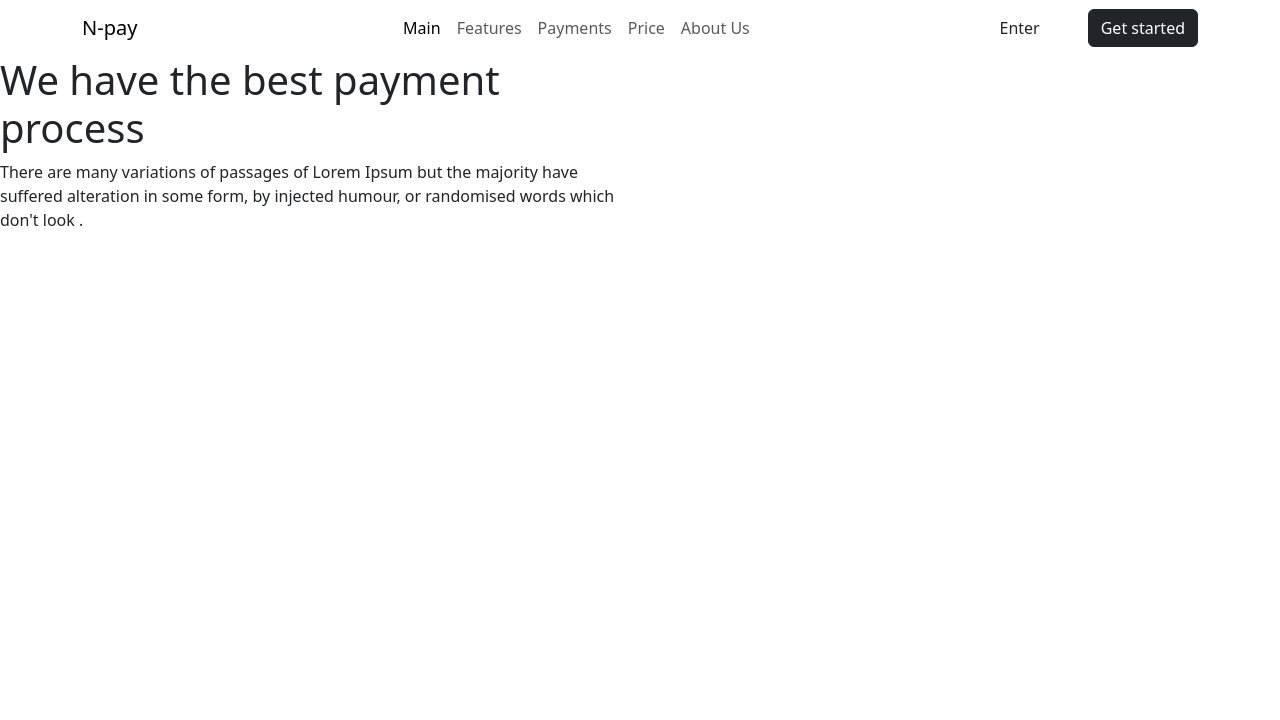
Repository: Senianga/N-pay
Page: index.html
The author's editor kept a copy of each file at every save. The page is drawn from the files as they stood at one save, then again after a run of saves.
The browser window is 1280 px wide. The pictures show the whole page.
The style sheet was rebuilt from its Sass, Less or Tailwind sources for each picture, by a compiler version that may differ from the author's.

Above is the page before, as saved 2023-05-01 14:44:05.

### index.html
<!doctype html>
<html lang="en">
  <head>
    <meta charset="utf-8">
    <meta name="viewport" content="width=device-width, initial-scale=1">
    <title>N-pay</title>
    <link rel="stylesheet" href="css/normalize.css">
    <link href="https://cdn.jsdelivr.net/npm/bootstrap@5.3.0-alpha3/dist/css/bootstrap.min.css" rel="stylesheet" integrity="sha384-KK94CHFLLe+nY2dmCWGMq91rCGa5gtU4mk92HdvYe+M/SXH301p5ILy+dN9+nJOZ" crossorigin="anonymous">
    <link rel="stylesheet" href="css/style.css">
  </head>
  <body>
    <header>
        <nav class="navbar navbar-expand-lg ">
            <div class="container">
              <a class="navbar-brand" href="#">N-pay</a>
              <button class="navbar-toggler" type="button" data-bs-toggle="collapse" data-bs-target="#navbarSupportedContent" aria-controls="navbarSupportedContent" aria-expanded="false" aria-label="Переключатель навигации">
                <span class="navbar-toggler-icon"></span>
              </button>
              <div class="collapse navbar-collapse" id="navbarSupportedContent">
                <ul class="navbar-nav ms-auto mb-2 mb-lg-0">
                  <li class="nav-item">
                      <a class="nav-link active" aria-current="page" href="#">Main</a>
                  </li>
                  <li class="nav-item">
                    <a class="nav-link"  href="#">Features</a>
                  </li>
                  <li class="nav-item">
                    <a class="nav-link" href="#">Payments</a>
                  </li>
                  <li class="nav-item dropdown">
                    <a class="nav-link" href="#" role="button" data-bs-toggle="dropdown" aria-expanded="false">
                      Price
                    </a>

                  </li>                 <li class="nav-item">
                    <a class="nav-link">About Us</a>
                  </li>
                </ul>
                <div class="bavbar-nav d-flex align-items-lg-center ms-auto mb-2 mb-lg-0">
                    <a class="nav-link me-5" href="#">Enter</a>
                    <button class="btn btn-dark ms-auto" type="submit">Get started</button>
                </div>
              </div>
            </div>
          </nav>
    </header>
    <main>
        <container-main class="bg-body-tertiary">
            <row>
                <div class="col-mg-6 col-sm-12">
                    <h1 class="col-5">
                        We have the best
                        payment process
                    </h1>
                    <p class="col-6">
                        There are many variations of passages of Lorem Ipsum
 but the majority have suffered alteration in some form, by injected humour, or randomised words which don't look .
                    </p>
                </div>
                <img src="" alt="" class="img-fluid">
            </row>

        </container-main>
    </main>




    <script src="https://cdn.jsdelivr.net/npm/bootstrap@5.3.0-alpha3/dist/js/bootstrap.bundle.min.js" integrity="sha384-ENjdO4Dr2bkBIFxQpeoTz1HIcje39Wm4jDKdf19U8gI4ddQ3GYNS7NTKfAdVQSZe" crossorigin="anonymous"></script>
  </body>
</html>
<!-- <div class="collapse navbar-collapse" id="navbarNav">
    <div class=" nav justify-content-center">
        <a class="nav-link active" aria-current="page" href="#">Main</a>
        <a class="nav-link" href="#">Featers</a>
        <a class="nav-link" href="#">Payments</a>
        <a class="nav-link" href="#">Price</a>
        <a class="nav-link" href="#">About Us</a>
    </div>
</div>
<div class="collapse navbar-collapse" id="navbarNav">
    <a class="nav-link" href="#">Enter</a>
    <button class="btn btn-outline-secondary" type="submit">Поиск</button>

</div>
</div>
</nav> -->

<!-- <div class="container">
    <nav class="navbar navbar-expand-lg bg-body-tertiary">
      <div class="container-fluid">
        <a class="navbar-brand bg-dark col-2 mb-0 h-1" href="#">N-pay</a>
            <button class="navbar-toggler" type="button" data-bs-toggle="collapse" data-bs-target="#navbarSupportedContent" aria-controls="navbarSupportedContent" aria-expanded="false" aria-label="N-pay">
                <span class="navbar-toggler-icon"></span>
            </button>
        <div class="collapse navbar-collapse bg-primary " id="navbarSupportedContent">
            <div class="navbar-nav">
                <a class="nav-link" href="#">Main</a>
                <a class="nav-link" href="#">Features</a>
                <a class="nav-link" href="#">Payments</a>
                <a class="nav-link" href="#">Price</a>
                <a class="nav-link" href="#">About Us</a>
            </div>

            <div class="nav justify-content-end bg-danger col-3">
                <a class="nav-link" href="#">Enter</a>
                <button class="btn btn-dark" type="submit">Get started</button>
            </div>
        </div>
    </nav>
  </div> -->

### style.scss
:root {
    --bg2: #F4F7FC;
}

Loaded but not shown: css/normalize.css (no stored copy; drawn as an empty file)

After the next 2 saves:
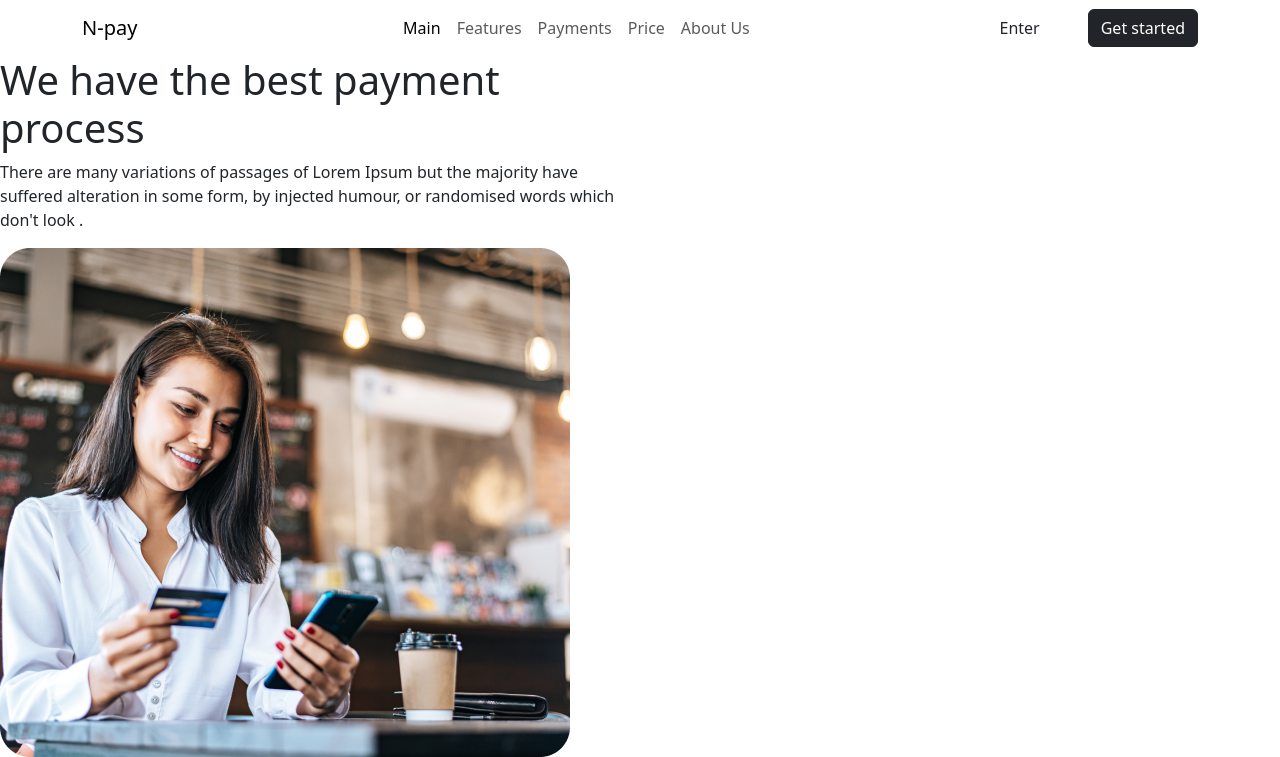
The 2 saves are shown as one change because they came seconds apart.
The last was saved 10 s later.
--- a/index.html
+++ b/index.html
@@ -57,7 +57,7 @@
  but the majority have suffered alteration in some form, by injected humour, or randomised words which don't look .
                     </p>
                 </div>
-                <img src="" alt="" class="img-fluid">
+                <img src="img/image.png" alt="" class="img-fluid">
             </row>
 
         </container-main>
